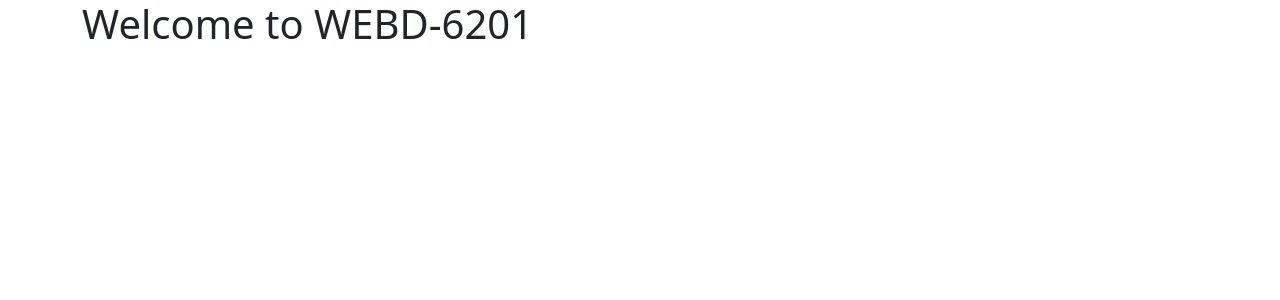
Repository: CKM206/WEBD6201-W2021---ICE1
Page: index.html
An editor plug-in stored every save of this project. The page is shown before and after the next save, followed by the edit.
The browser window is 1280 px wide. The pictures show the whole page.

Above is the page before, as saved 2021-01-20 09:05:13.

After the next save:
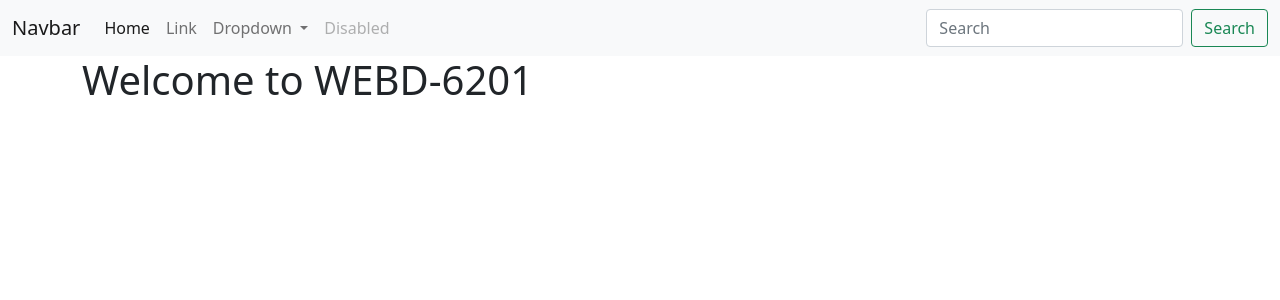
Saved 76 s later.
--- a/index.html
+++ b/index.html
@@ -12,7 +12,42 @@
 <body>
 
     <header>
-
+        <nav class="navbar navbar-expand-lg navbar-light bg-light">
+            <div class="container-fluid">
+              <a class="navbar-brand" href="#">Navbar</a>
+              <button class="navbar-toggler" type="button" data-bs-toggle="collapse" data-bs-target="#navbarSupportedContent" aria-controls="navbarSupportedContent" aria-expanded="false" aria-label="Toggle navigation">
+                <span class="navbar-toggler-icon"></span>
+              </button>
+              <div class="collapse navbar-collapse" id="navbarSupportedContent">
+                <ul class="navbar-nav me-auto mb-2 mb-lg-0">
+                  <li class="nav-item">
+                    <a class="nav-link active" aria-current="page" href="#">Home</a>
+                  </li>
+                  <li class="nav-item">
+                    <a class="nav-link" href="#">Link</a>
+                  </li>
+                  <li class="nav-item dropdown">
+                    <a class="nav-link dropdown-toggle" href="#" id="navbarDropdown" role="button" data-bs-toggle="dropdown" aria-expanded="false">
+                      Dropdown
+                    </a>
+                    <ul class="dropdown-menu" aria-labelledby="navbarDropdown">
+                      <li><a class="dropdown-item" href="#">Action</a></li>
+                      <li><a class="dropdown-item" href="#">Another action</a></li>
+                      <li><hr class="dropdown-divider"></li>
+                      <li><a class="dropdown-item" href="#">Something else here</a></li>
+                    </ul>
+                  </li>
+                  <li class="nav-item">
+                    <a class="nav-link disabled" href="#" tabindex="-1" aria-disabled="true">Disabled</a>
+                  </li>
+                </ul>
+                <form class="d-flex">
+                  <input class="form-control me-2" type="search" placeholder="Search" aria-label="Search">
+                  <button class="btn btn-outline-success" type="submit">Search</button>
+                </form>
+              </div>
+            </div>
+          </nav>
     </header>
     <main class="container">
         <h1>Welcome to WEBD-6201</h1>
